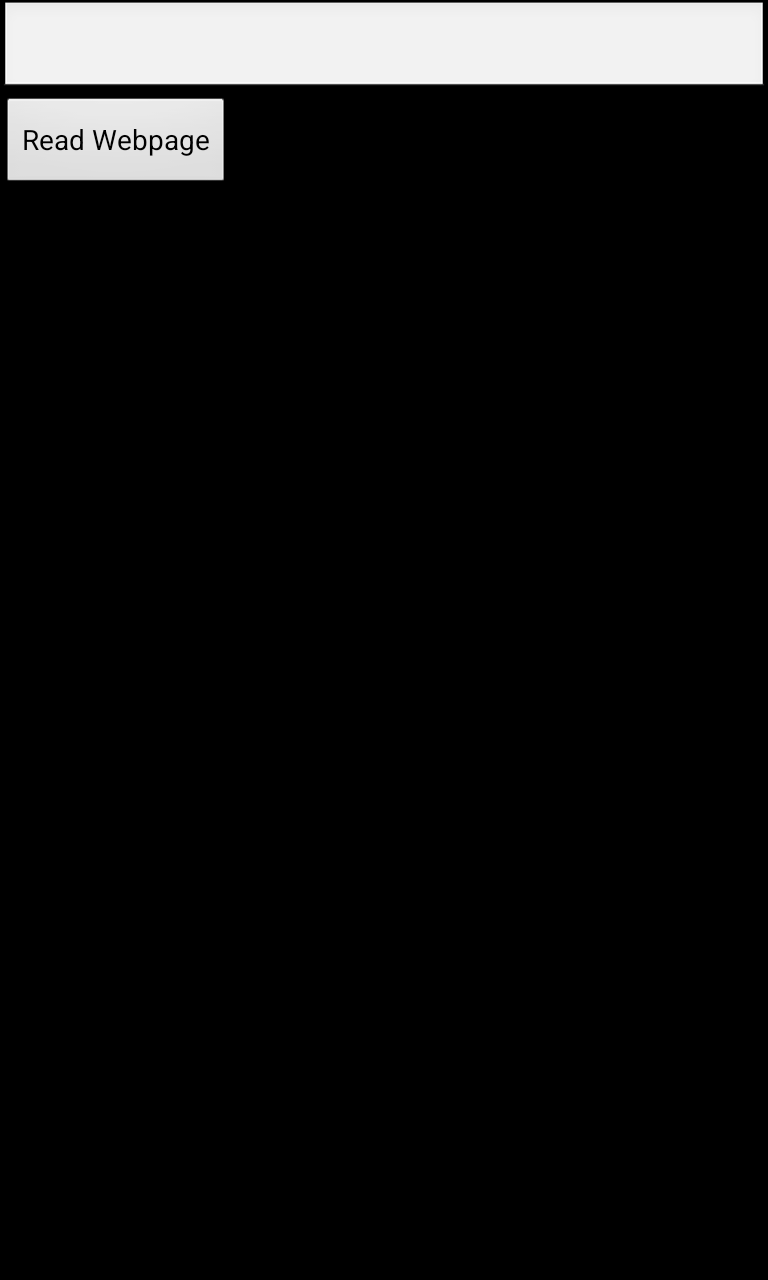
Repository: JerryScript-duplicate/BacksideUpdater
Layout: BacksideUpdater/res/layout/main.xml
The author's editor kept a copy of each file at every save. The layout is drawn from the files as they stood at one save, then again after a run of saves.
It is drawn on a 768 x 1280 px phone screen (xhdpi) without system bars, with theme android:Theme; the app's code is not run.

Above is the layout before, as saved 2012-01-18 19:03:06.

### BacksideUpdater/res/layout/main.xml
<?xml version="1.0" encoding="utf-8"?>
<LinearLayout xmlns:android="http://schemas.android.com/apk/res/android"
    android:layout_width="fill_parent"
    android:layout_height="fill_parent"
    android:orientation="vertical" >

    <LinearLayout
        android:id="@+id/LinearLayout01"
        android:layout_width="wrap_content"
        android:layout_height="wrap_content" >
    </LinearLayout>

    <EditText
        android:id="@+id/address"
        android:layout_width="fill_parent"
        android:layout_height="wrap_content" >
    </EditText>

    <Button
        android:id="@+id/BacksideUpdaterButton"
        android:layout_width="wrap_content"
        android:layout_height="wrap_content"
        android:onClick="myClickHandler"
        android:text="Read Webpage" >
    </Button>

    <TextView
        android:id="@+id/pagetext"
        android:layout_width="fill_parent"
        android:layout_height="fill_parent"
        android:scrollbars="vertical" >
    </TextView>

</LinearLayout>

### BacksideUpdater/res/values/strings.xml
<?xml version="1.0" encoding="utf-8"?>
<resources>

    <string name="hello">BACKside-IHO-VM670 Update Checker</string>
    <string name="app_name">BacksideUpdater</string>
    <string name="check4up_button_text">Read Webpage</string>

</resources>

After the next 2 saves:
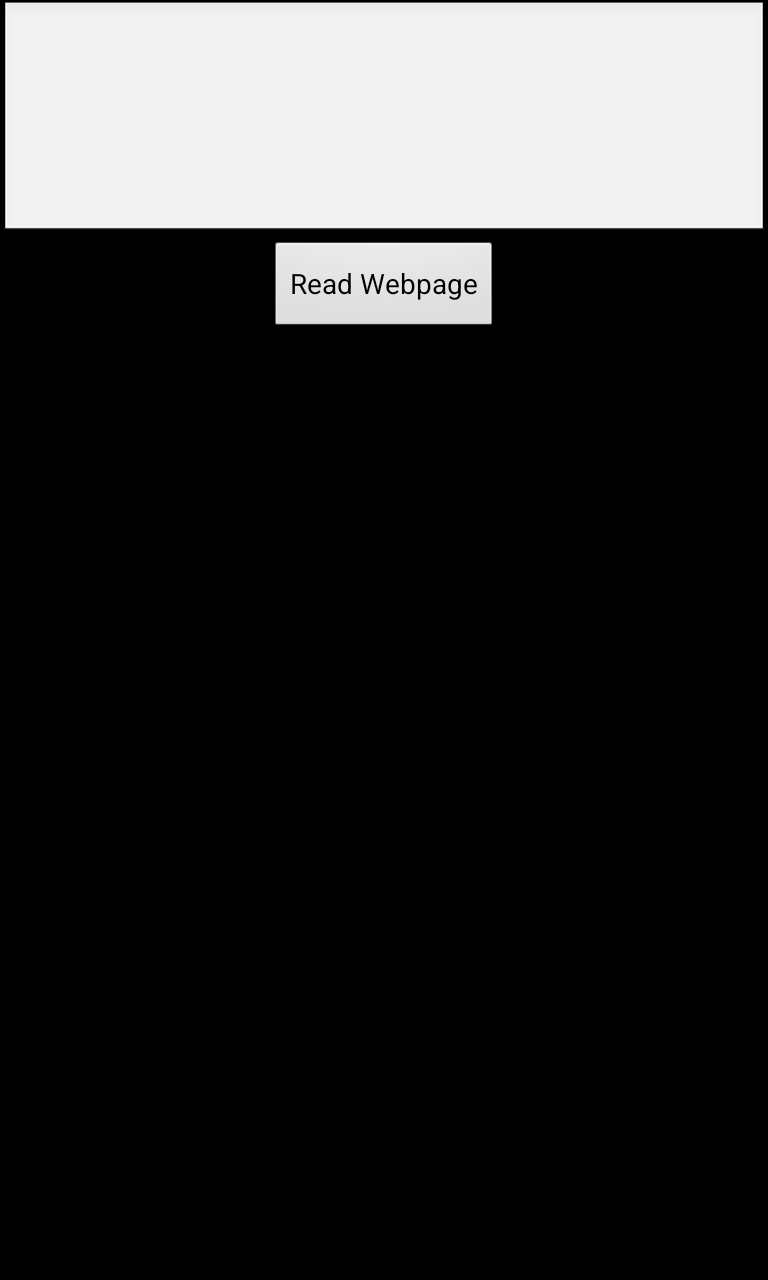
The 2 saves are shown as one change because 1 did not build or start.
The last was saved 21 min 53 s later.
--- a/BacksideUpdater/res/layout/main.xml
+++ b/BacksideUpdater/res/layout/main.xml
@@ -13,7 +13,7 @@
     <EditText
         android:id="@+id/address"
         android:layout_width="fill_parent"
-        android:layout_height="wrap_content" >
+        android:layout_height="120" >
     </EditText>
 
     <Button
@@ -21,8 +21,9 @@
         android:layout_width="wrap_content"
         android:layout_height="wrap_content"
         android:onClick="myClickHandler"
-        android:text="Read Webpage" >
-    </Button>
+        android:gravity="center"
+        android:layout_gravity="center"
+        android:text="@string/check4up_button_text" />
 
     <TextView
         android:id="@+id/pagetext"
